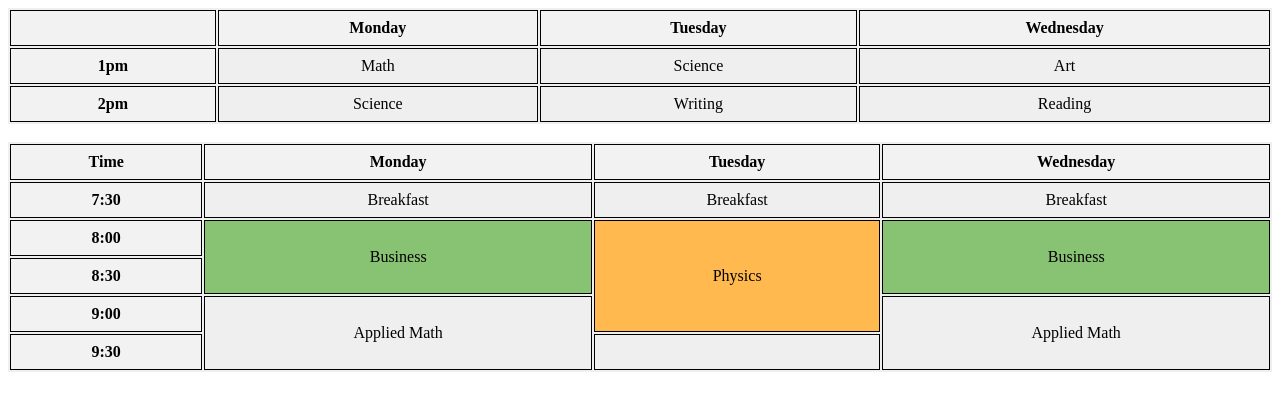
Repository: jefflai0412/website_design
Page: task1.html
An editor plug-in stored every save of this project. The page is shown before and after the next save, followed by the edit.
The browser window is 1280 px wide. The pictures show the whole page.

Above is the page before, as saved 2024-10-18 14:02:16.

After the next save:
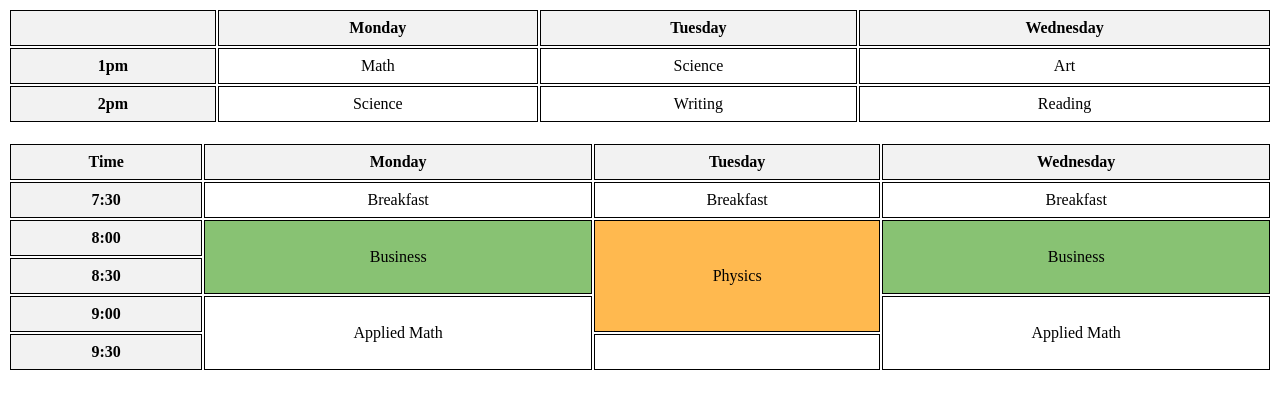
Saved 17 s later.
--- a/task1.html
+++ b/task1.html
@@ -7,7 +7,7 @@
     <style>
         table {
             width: 100%;
-            background-color: #efefef;
+            /* background-color: #efefef; */
         }
 
         th, td {
